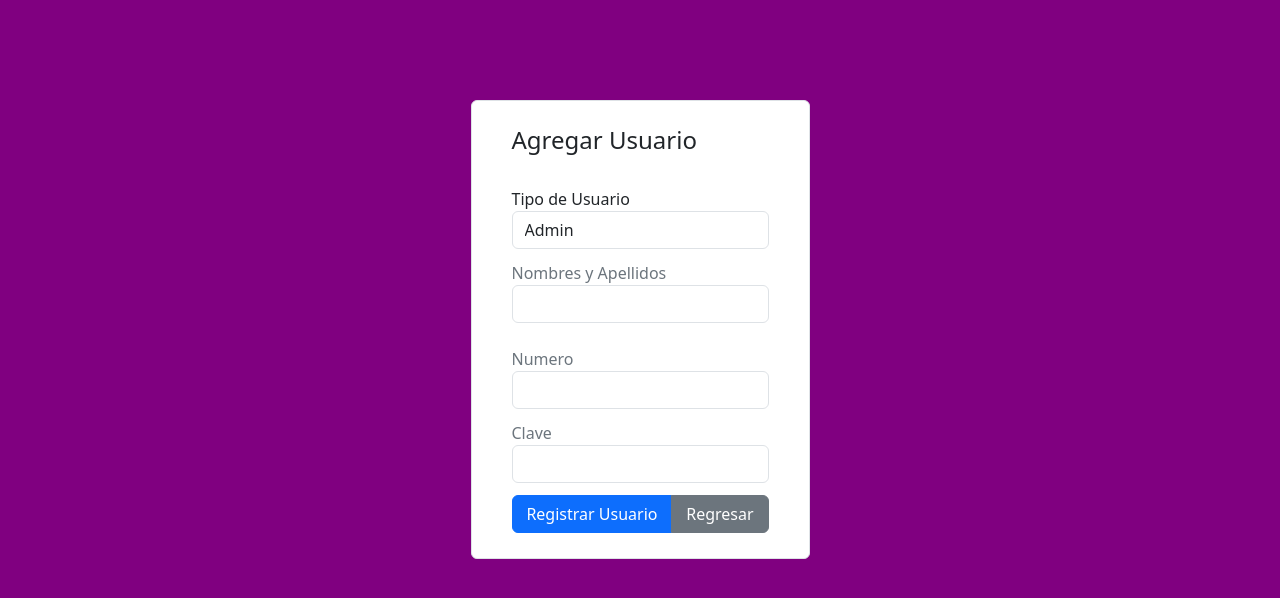
Repository: Gimblet/LP1_Proyecto_Yape
Page: http://localhost/Yape/nuevoUsuario.jsp
These files come from the project's save history. The page is drawn as it stood at one moment and after the next save; the edit follows.
The browser window is 1280 px wide. The pictures show the whole page.
After loading, the first visible `select.form-control` was changed once.
The page is served by Tomcat 9. Other server files are loaded and not shown.

Above is the page before, as saved 2024-05-04 17:37:08.

### Yape/src/main/webapp/nuevoUsuario.jsp
<%@ page language="java" contentType="text/html; charset=ISO-8859-1"
	pageEncoding="ISO-8859-1"%>
<!DOCTYPE html>
<html>
<head>
<meta charset="ISO-8859-1">
<link href="Resources/bootstrap.min.css" rel="stylesheet">
<style>
	body{
		background-color: purple;
	}
	main{
		background-color:white;
		width: max-content;
		margin: auto;
		margin-top: 100px;
	}
	section{
		padding: 25px 40px 25px 40px;
	}
	form{
		display: flex;
		flex-direction: column;
		gap: 12px;
	}
</style>
<title>Nuevo Usuario</title>
</head>
<body>
	<div class="container">
		<main class="border rounded">
			<section>
				<h4>Agregar Usuario</h4>
				<br>
				<form action="Servlet" method="post">
					<div class="form-group">
						<label>Tipo de Usuario</label>
						<select class="form-control" name="cboTipoUsuario" onchange="updateSaldo()">
							<option>Seleccionar Tipo de Usuario</option>
							<option>Admin</option>
							<option>Cliente</option>
						</select>
					</div>
					<div class="form-group">
						<label class="text-secondary">Nombres y Apellidos</label>
						<input class="form-control texts" type="text" name="txtNombreApe" required disabled>
					</div>
					<div class="form-group" id="saldoField">
						<script>
							const texts = document.getElementsByClassName("texts");

							function updateSaldo() {
								//Obtener Variables
								var selectedOption = document.getElementsByName("cboTipoUsuario")[0].value;
								var saldoField = document.getElementById("saldoField");

								//Crear input Saldo si es que Cliente esta selecionado
								if (selectedOption === "Cliente") {
									saldoField.innerHTML = '<label class="text-secondary">Saldo</label><input class="form-control" required name="txtSaldo" type="text">';
									for(i = 0; i < texts.length; i++){
										texts[i].disabled = false;
									}
								} else {
									saldoField.innerHTML = '';
									for(i = 0; i < texts.length; i++){
										texts[i].disabled = false;
									}
								}
							}
						</script>
					</div>
					<div class="form-group">
						<label class="text-secondary">Numero</label>
						<input class="form-control texts" required name="txtNumero" type="text" disabled>
					</div>
					<div class="form-group">
						<label class="text-secondary">Clave</label>
						<input class="form-control texts" required type="text" name="txtClave" disabled>
					</div>
					<div class="btn-group">
						<input class="btn btn-primary" type="submit" name="type" value="Registrar Usuario">
						<a href="Servlet?type=Volver" class="btn btn-secondary">Regresar</a>
					</div>
				</form>
			</section>
		</main>
	</div>
</body>
</html>

Loaded but not shown: Yape/src/main/webapp/Resources/bootstrap.min.css (library)

After the next save:
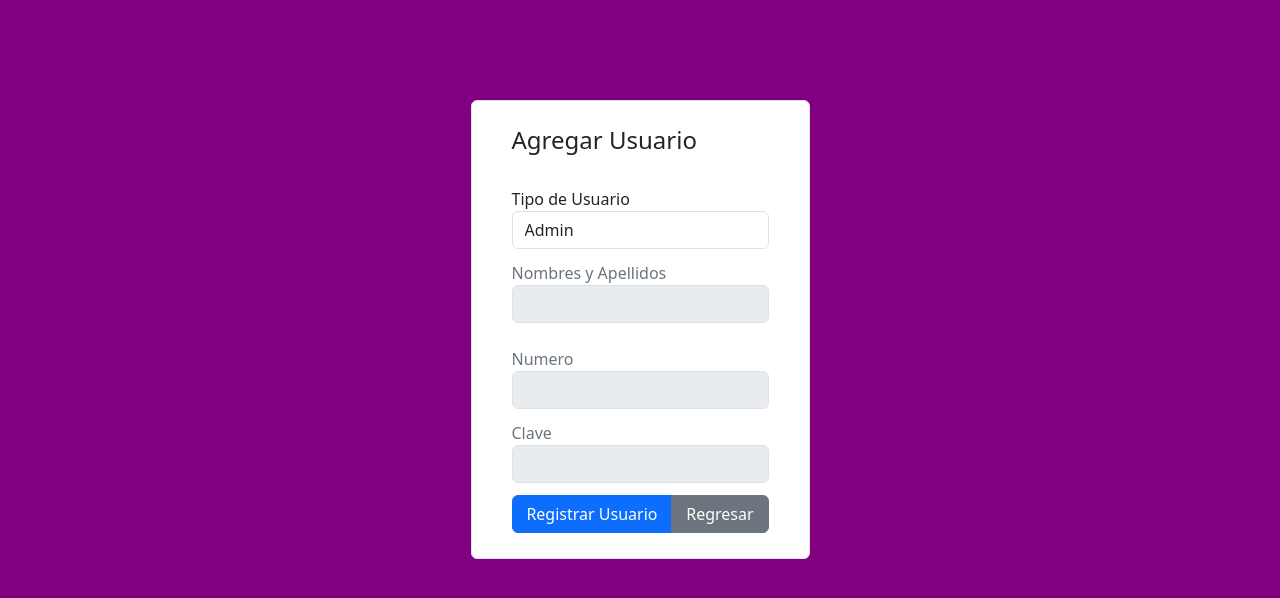
Saved 4 s later.
--- a/Yape/src/main/webapp/nuevoUsuario.jsp
+++ b/Yape/src/main/webapp/nuevoUsuario.jsp
@@ -63,7 +63,7 @@
 								} else {
 									saldoField.innerHTML = '';
 									for(i = 0; i < texts.length; i++){
-										texts[i].disabled = false;
+										texts[i].disabled = true;
 									}
 								}
 							}

After the 3 saves that followed:
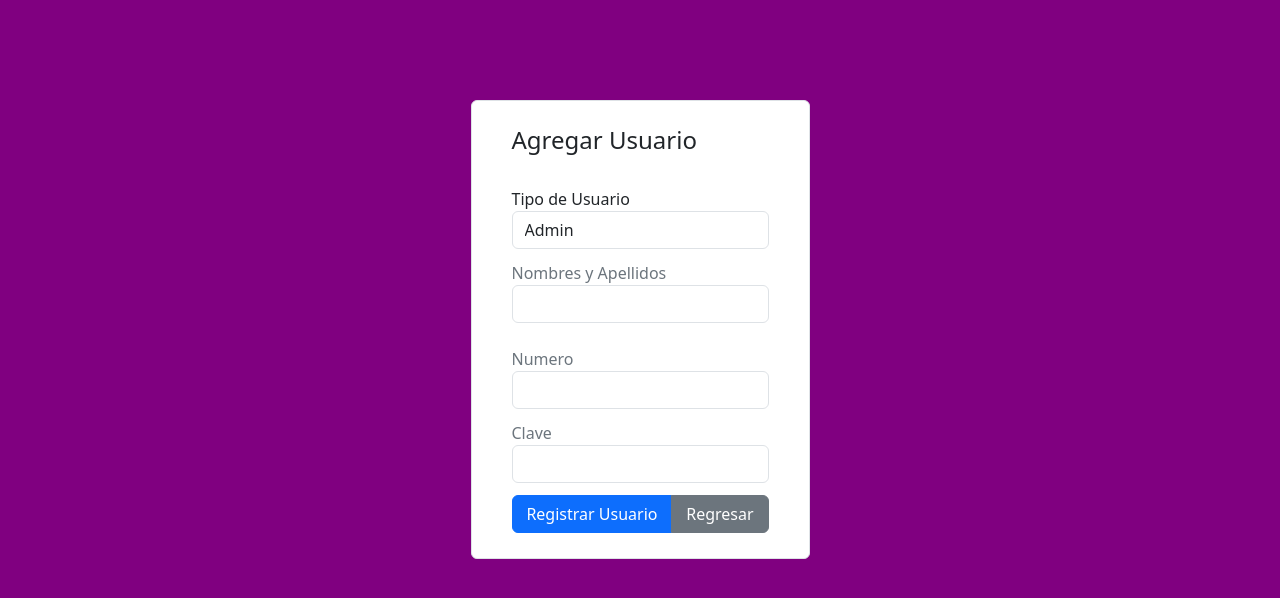
The 3 saves are shown as one change because they came seconds apart.
The last was saved 75 s later.
--- a/Yape/src/main/webapp/nuevoUsuario.jsp
+++ b/Yape/src/main/webapp/nuevoUsuario.jsp
@@ -60,7 +60,12 @@
 									for(i = 0; i < texts.length; i++){
 										texts[i].disabled = false;
 									}
-								} else {
+								} else if(selectedOption === "Admin"){
+									for(i = 0; i < texts.length; i++){
+										texts[i].disabled = false;
+									}
+								}
+								else {
 									saldoField.innerHTML = '';
 									for(i = 0; i < texts.length; i++){
 										texts[i].disabled = true;
